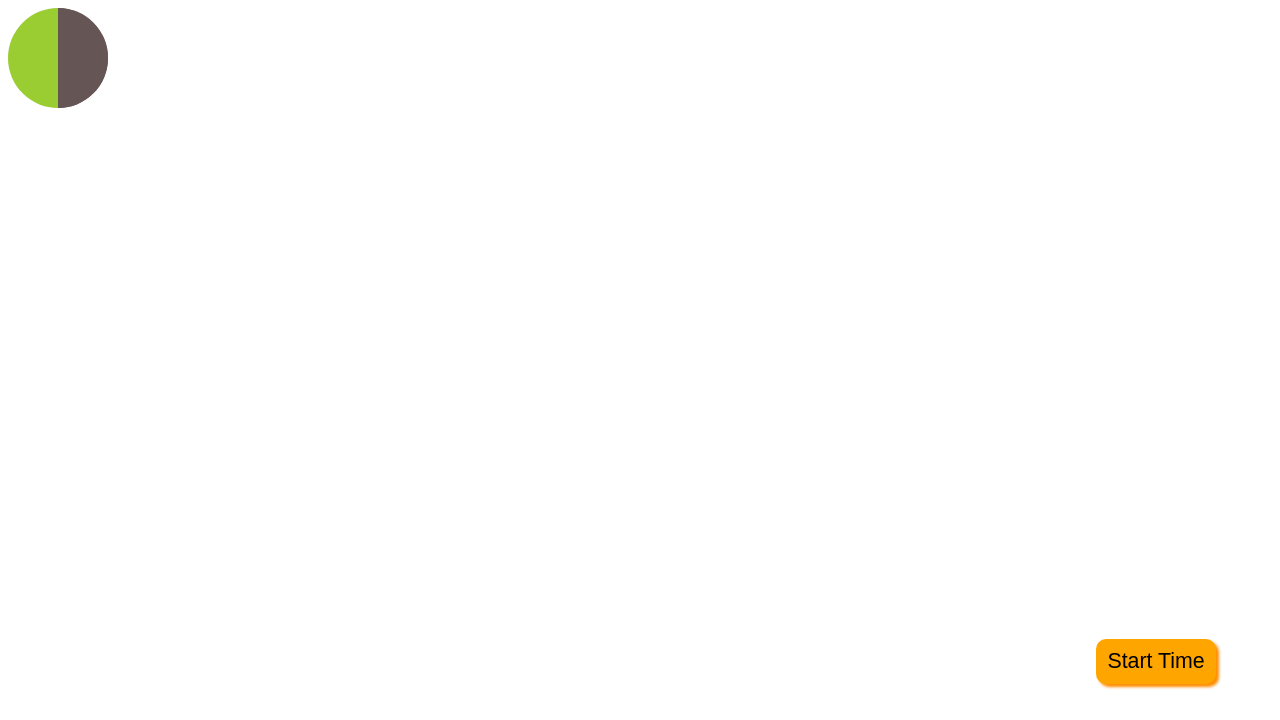
Repository: sylviaah/dynamicmidterm
Page: timer.html
An editor plug-in stored every save of this project. The page is shown before and after the next save, followed by the edit.
The browser window is 1280 px wide. The pictures show the whole page.

Above is the page before, as saved 2020-03-12 22:51:09.

### timer.html
<!DOCTYPE html>
<html>
    <head>
        <title>Timer</title>
        <link rel="stylesheet" href="timer.css">
    </head>
    <body>
        <div class="timer"></div>

        <div class="startTime" onclick="time()">Start Time</div>

        <script src="timer.js"></script>
    </body>
</html>

### timer.css
.timer {
    width: 100px;
    height: 100px;
    border-radius: 50%;
    background: yellowgreen;
    background-image:
    linear-gradient(to right, transparent 50%, #655 0);
  }

.timer::before {
    content: '';
    display: block;
    margin-left: 50%;
    height: 100%;
    border-radius: 0 100% 100% 0 / 50%;
    background-color: inherit;
    transform-origin: left;
    transform: rotate(0deg);
    animation: spin 1s linear infinite,
             bg 2s step-end infinite;
}

@keyframes spin {
    to { transform: rotate(.5turn); }
  }

@keyframes bg {
    50% { background: #655; }
}

.startTime{
    display: flex;
    position: fixed;
    bottom: 5%;
    right: 5%;
    width: 100px;
    justify-content: center;
    border-radius: 10px;
    padding: 10px 10px;
    background-color:orange;
    font-size: 16pt;
    font-family: Arial, Helvetica, sans-serif;
    box-shadow: 3px 3px 3px darkorange;
}

### timer.js
var time = document.querySelector(".timer");
var style = window.getComputedStyle(time,':before').transform;

    function time(){
        document.querySelector(".timer").style.display = "block";
        if(time = "rotate(175deg)"){
            alert("It works");
        }
    }

After the next save:
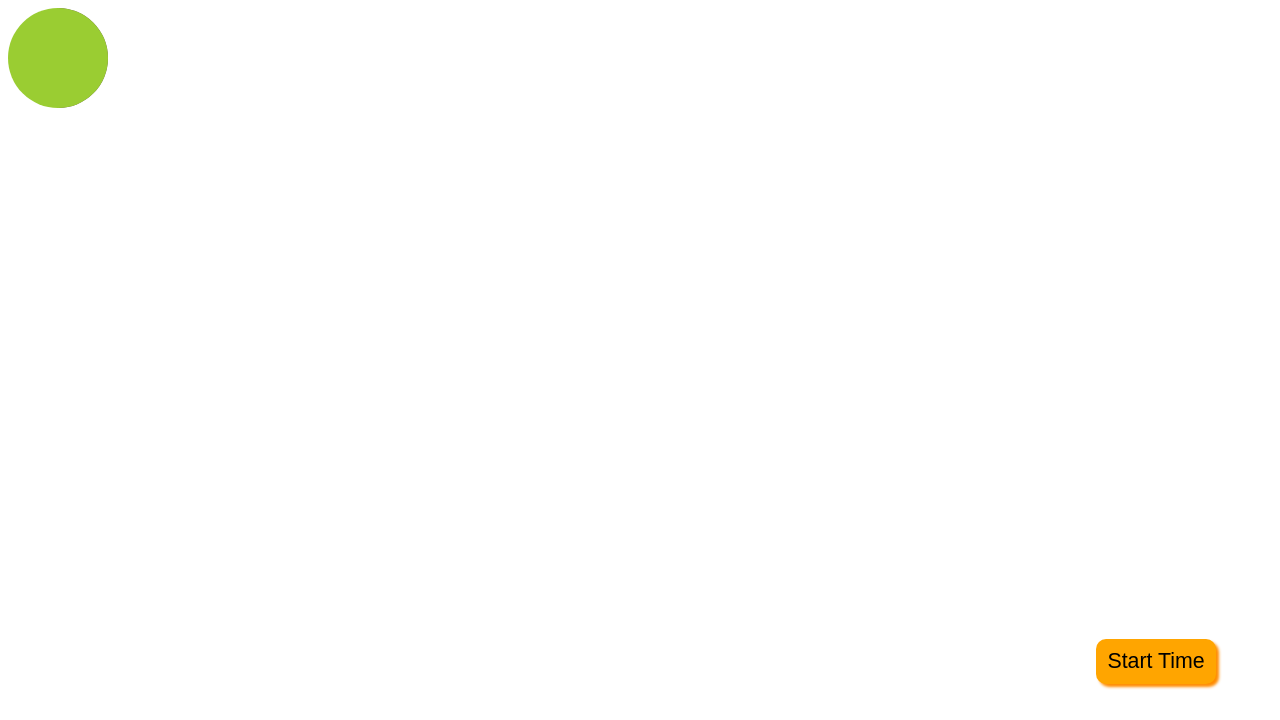
Saved 68 s later.
--- a/timer.css
+++ b/timer.css
@@ -16,8 +16,10 @@
     background-color: inherit;
     transform-origin: left;
     transform: rotate(0deg);
-    animation: spin 1s linear infinite,
-             bg 2s step-end infinite;
+    animation:
+    /* spin 1s linear infinite,
+             bg 2s step-end infinite */
+             ;
 }
 
 @keyframes spin {
